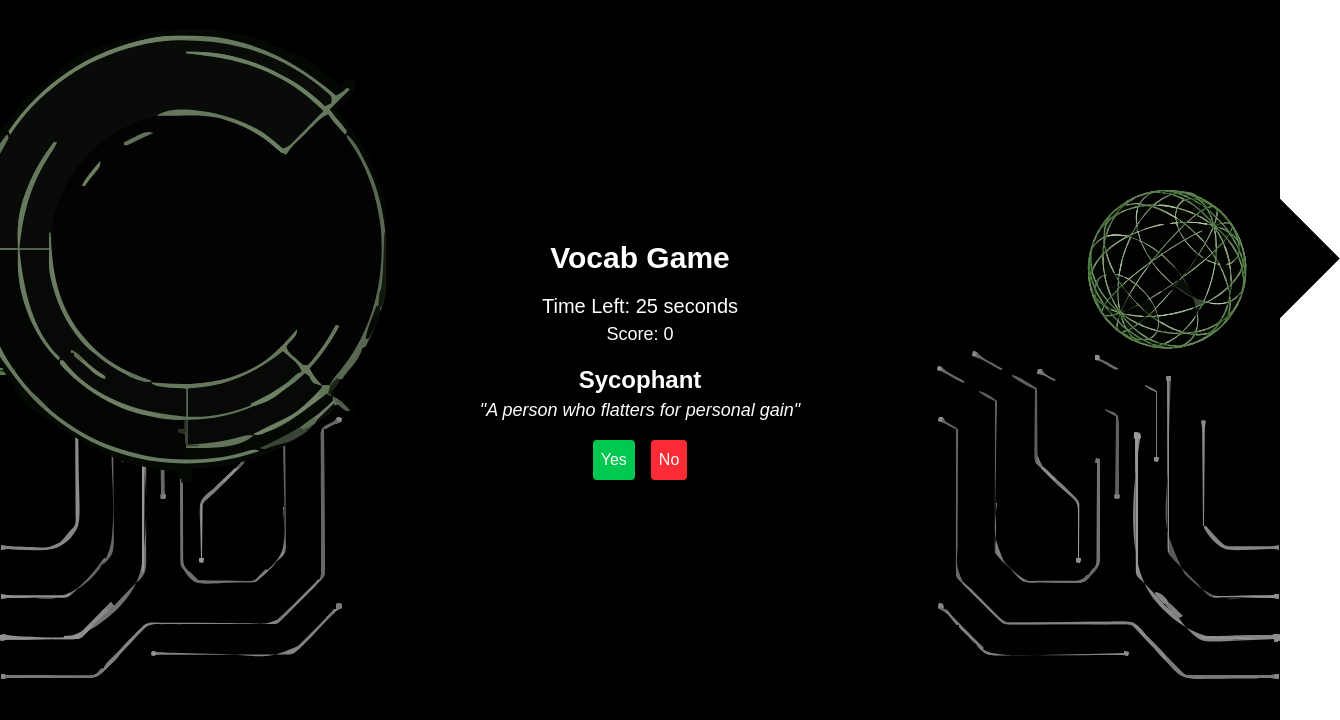
Repository: oxniw/bio-vocab
Page: /game
The author's editor kept a copy of each file at every save. The page is drawn from the files as they stood at one save, then again after the next save.
The browser window is 1280 px wide. The page is 1340 px wide, so the pictures cover 1340 px, including what lies to the right of the window. The pictures show the whole page.
The project was rebuilt for these pictures with package versions that can differ from the ones it lists, and the page was loaded fresh each time. The framework's server and built-in components were replaced by stand-ins that run in the browser. Also part of the build but not shown: next.config.ts.

Above is the page before, as saved 2025-04-03 22:22:27.

After the next save:
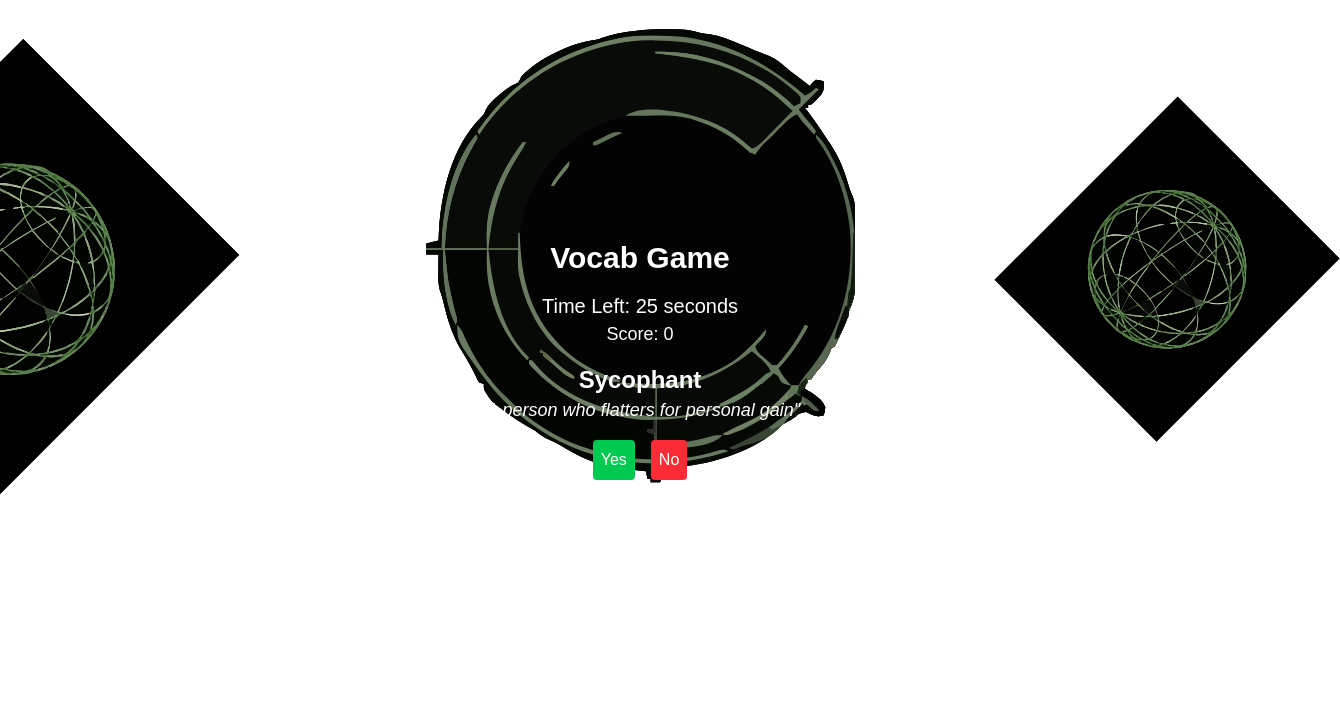
Saved 18 s later.
--- a/src/app/game/page.jsx
+++ b/src/app/game/page.jsx
@@ -53,7 +53,7 @@
   }
 
   return (
-    <div className=" items-center bg-black h-screen ">
+    <div className=" w-full relative flex justify-center ">
       <Image
       className="absolute top-24 -left-36 rotate-45"
       src="/com/cysphere.svg"

After the save that followed:
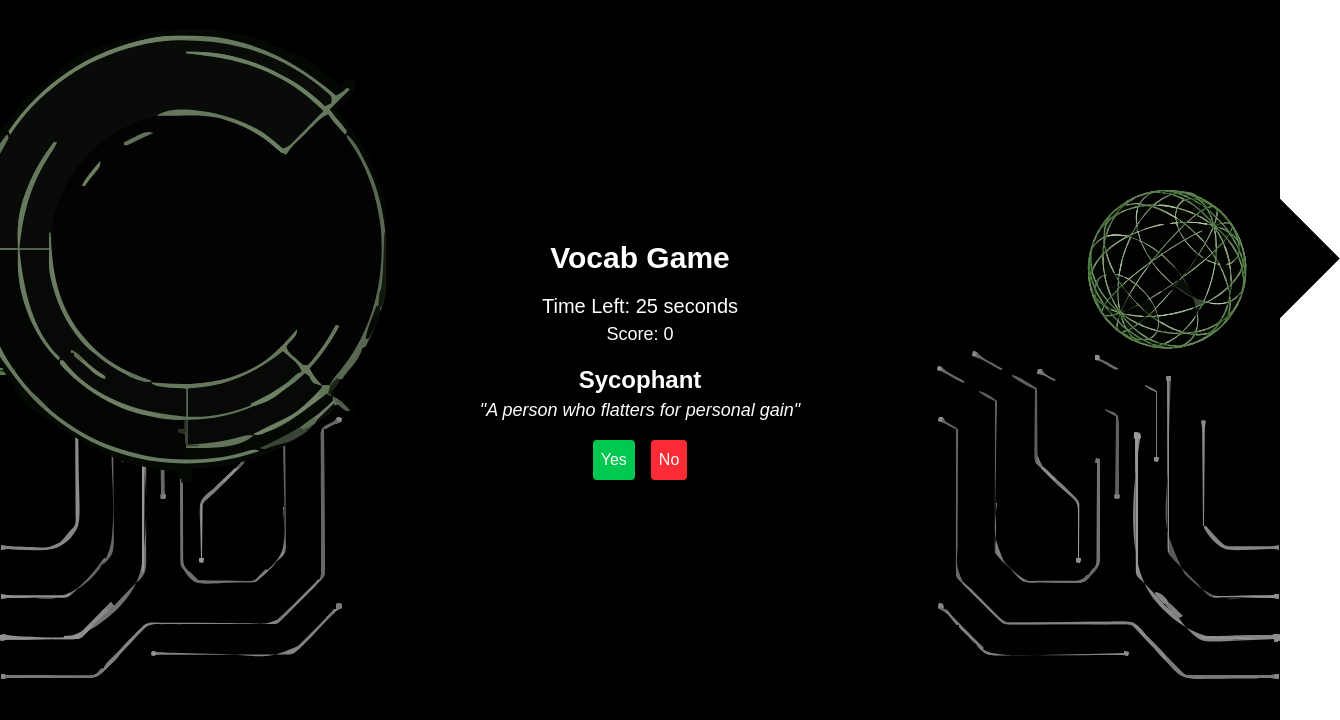
Saved 14 s later.
--- a/src/app/game/page.jsx
+++ b/src/app/game/page.jsx
@@ -53,7 +53,7 @@
   }
 
   return (
-    <div className=" w-full relative flex justify-center ">
+    <div className=" items-center bg-black h-screen ">
       <Image
       className="absolute top-24 -left-36 rotate-45"
       src="/com/cysphere.svg"
